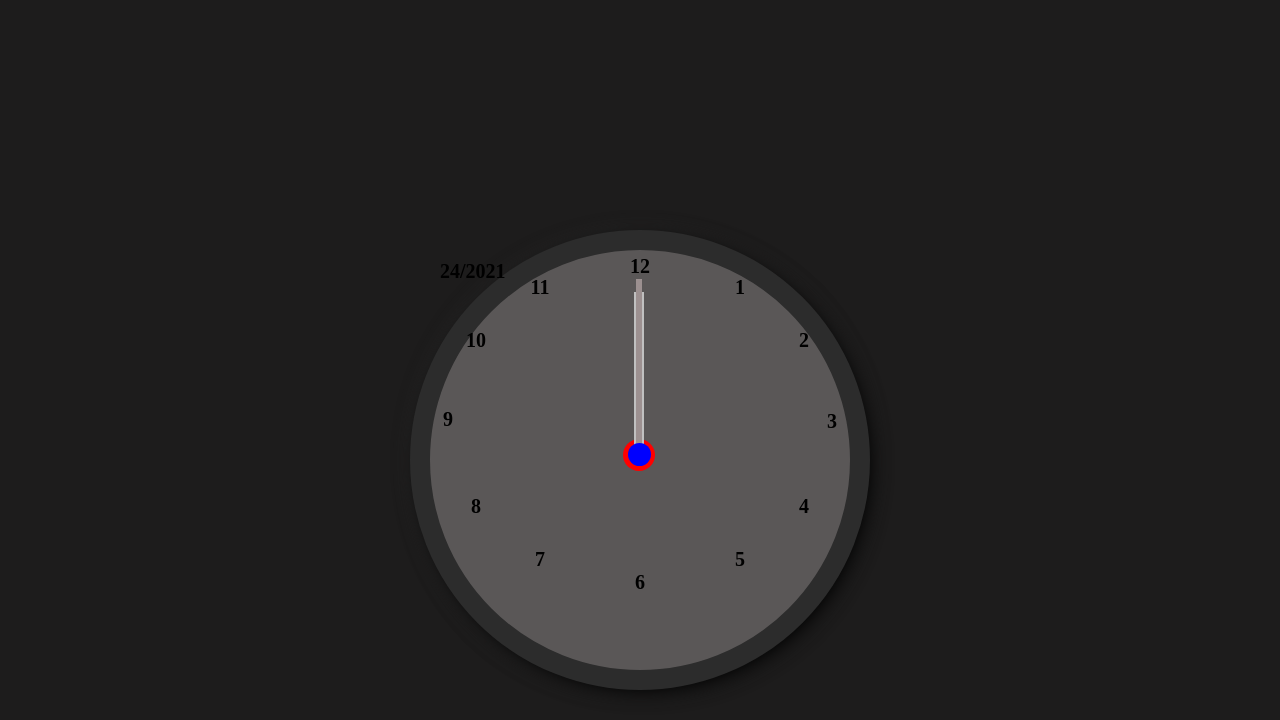
Repository: Eugene44-hub/Analog-clock
Page: index.html
These files come from the project's save history. The page is drawn as it stood at one moment and after the next save; the edit follows.
The browser window is 1280 px wide. The pictures show the whole page.

Above is the page before, as saved 2021-09-04 23:21:46.

### index.html
<!DOCTYPE html>
<html lang="en">

<head>
    <meta charset="UTF-8">
    <meta http-equiv="X-UA-Compatible" content="IE=edge">
    <meta name="viewport" content="width=device-width, initial-scale=1.0">
    <title>Document</title>
    <link rel="stylesheet" href="style.css">
</head>

<body>
    <div class="clock">
        <div class="numbers">

            <div class="circle"></div>
            <div class="minute"></div>
            <div class="hour"></div>
            <div class="second"></div>
            <div class="date">24/2021</div>
            <div class="circle small"></div>
            <div class="num1">1</div>
            <div class="num2">2</div>
            <div class="num3">3</div>
            <div class="num4">4</div>
            <div class="num5">5</div>
            <div class="num6">6</div>
            <div class="num7">7</div>
            <div class="num8">8</div>
            <div class="num9">9</div>
            <div class="num10">10</div>
            <div class="num11">11</div>
            <div class="num12">12</div>
        </div>
    </div>
</body>

<script src="app.js"></script>

</html>

### style.css
* {
    padding: 0;
    margin: 0;
}

body {
    background-color: rgb(29, 28, 28);
}

.clock {
    background-color: rgb(90, 87, 87);
    height: 400px;
    width: 400px;
    border: 20px solid rgb(44, 44, 44);
    text-align: center;
    font-weight: bold;
    font-family: cursive;
    font-size: 20px;
    transform: translate(0, 50%);
    position: relative;
    border-radius: 50%;
    margin: auto;
    padding: 10px;
    box-shadow: 4px 4px 18px black, 1px 1px 18px rgb(53, 52, 52);
}

.circle {
    background-color: red;
    position: absolute;
    top: 45%;
    left: 46%;
    width: 32px;
    height: 32px;
    border-radius: 50%;
}

.minute {
    background-color: silver;
    position: absolute;
    top: 10%;
    left: 48.5%;
    width: 10px;
    height: 167px;
    border: 50%;
    transform: rotate(0deg);
    transform-origin: bottom;
}

.hour {
    background-color: black;
    position: absolute;
    top: 19%;
    left: 48.5%;
    width: 10px;
    height: 130px;
    border: 50%;
    transform: rotate(0deg);
    background-color: silver;
    transform-origin: bottom;
    /* animation: clock 60s linear infinite; */
}

.second {
    position: absolute;
    top: 7%;
    left: 49%;
    width: 6px;
    height: 180px;
    border: 50%;
    transform: rotate(0deg);
    background-color: rgb(156, 144, 144);
    transform-origin: bottom;
    animation: clock 60s linear infinite;
}

.small {
    width: 23px;
    height: 23px;
    background-color: blue;
    left: 198px;
    top: 46%;
}

.date {
    position: absolute;
    left: 49;
}


/*
@keyframes clock {
    from {
        transform: rotate(0deg);
        background-color: white;
    }
    to {
        transform: rotate(360deg);
        background-color: blueviolet;
    }
} */

.num6 {
    transform: translate(0, 850%);
}

.num9 {
    transform: translate(-48%, -155%);
}

.num12 {
    transform: translate(0, -1120%);
}

.num3 {
    transform: translate(48%, 450%);
}

.num1 {
    transform: translate(25%, 70%);
}

.num2 {
    transform: translate(41%, 200%);
}

.num4 {
    transform: translate(41%, 720%);
}

.num5 {
    transform: translate(25%, 850%);
}

.num5 {
    transform: translate(25%, 850%);
}

.num7 {
    transform: translate(-25%, 650%);
}

.num8 {
    transform: translate(-41%, 320%);
}

.num11 {
    transform: translate(-25%, -930%)
}

.num10 {
    transform: translate(-41%, -600%);
}


/* .num1,
.num2,
.num3,
.num4,
.num5,
.num6,
.num7,
.num8,
.num9,
.num10,
.num11,
.num12 {
    padding: 15px;
} */


/* .num1 {
    transform: translate(28%, 100%);
}

.num2 {
    transform: translate(44%, 260%);
}

.num3 {
    transform: translate(48%, 489%);
}

.num4 {
    transform: translate(44%, 750%);
}

.num5 {
    transform: translate(28%, 890%);
}

.num6 {
    transform: translate(0, 890%);
}

.num7 {
    transform: translate(24%, 694%);
}

.num8 {
    transform: translate(-44%, 350%)
}

.num9 {
    transform: translate(-48%, -100%);
}

.num10 {
    transform: translate(-44%, -540%);
}

.num11 {
    transform: translate(-28%, -900%);
}

.num12 {
    transform: translate(0, -1130%);
} */

### app.js
setInterval(function() {
    let second, hour, minute, date;

    second = document.querySelector('.second');
    hour = document.querySelector('.hour');
    minute = document.querySelector('.minute');
    date = new Date();
    seconds = date.getSeconds();
    hours = date.getHours() - 12;
    minutes = date.getMinutes();

    second.style.transform = ` rotate(${seconds*6}deg)`;
    minute.style.transform = `rotate(${minutes*6}deg)`;
    hour.style.transform = `rotate(${30*hours}deg)`;

}, Infinity)

After the next save:
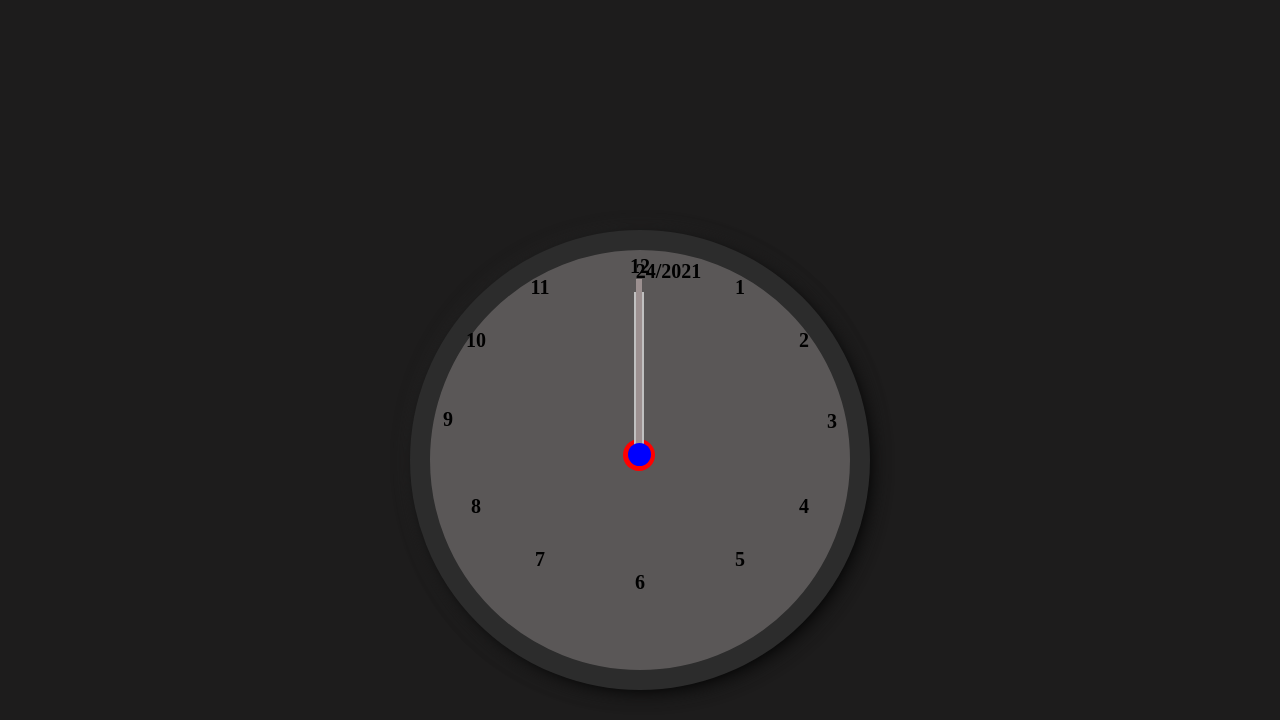
Saved 5 s later.
--- a/style.css
+++ b/style.css
@@ -83,7 +83,7 @@ body {
 
 .date {
     position: absolute;
-    left: 49;
+    left: 49%;
 }
 
 
